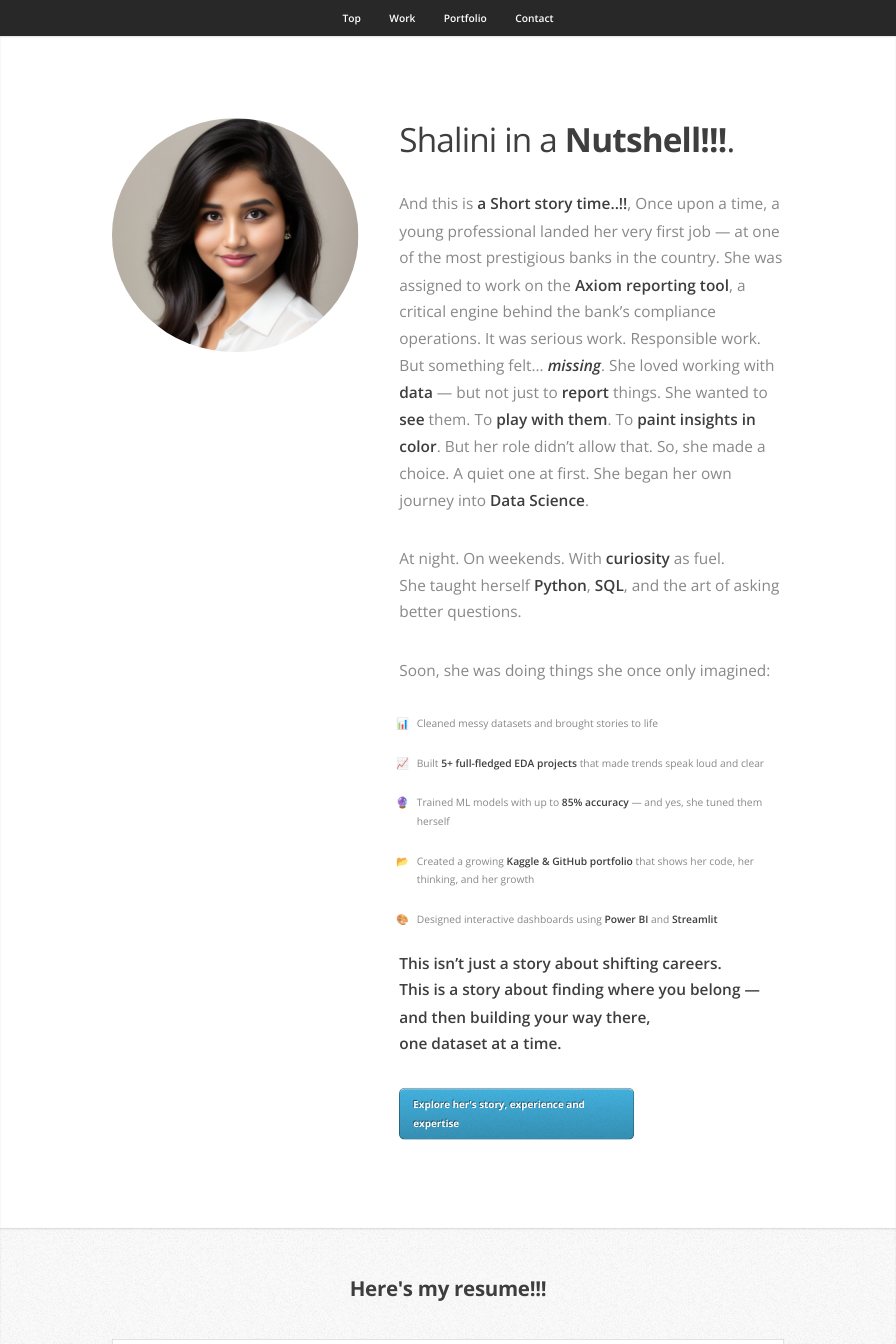
Repository: Shalini-Nanda-ds/Shalini-s-portfolio
Page: index.html
These files come from the project's save history. The page is drawn as it stood at one moment and after the next save; the edit follows.
The browser window is 1280 px wide. The pictures show the part of the page from y = 0 to 1920 px (the page is 4839 px tall before and 5175 px after), at 70% of full size.

Above is the page before, as saved 2025-05-09 12:57:22.

### index.html
<!DOCTYPE HTML>
<!--
	Miniport by HTML5 UP
	html5up.net | @ajlkn
	Free for personal and commercial use under the CCA 3.0 license (html5up.net/license)
-->
<html>
	<head>
		<title>Shalini's Portfolio</title>
		<meta charset="utf-8" />
		<meta name="viewport" content="width=device-width, initial-scale=1, user-scalable=no" />
		<link rel="stylesheet" href="assets/css/main.css" />
	</head>
	<body class="is-preload">

		<!-- Nav -->
			<nav id="nav">
				<ul class="container">
					<li><a href="#top">Top</a></li>
					<li><a href="#work">Work</a></li>
					<li><a href="#portfolio">Portfolio</a></li>
					<li><a href="#contact">Contact</a></li>
				</ul>
			</nav>

		<!-- Home -->
			<article id="top" class="wrapper style1">
				<div class="container">
					<div class="row">
						<div class="col-4 col-5-large col-12-medium">
							<span class="image fit"><img src="images\beautiful.png" alt="" /></span>
						</div>
						<div class="col-8 col-7-large col-12-medium">
							<header>
								<h1>Shalini in a <strong>Nutshell!!!</strong>.</h1>
							</header>
							<p>And this is <strong>a Short story time..!!</strong>,
								Once upon a time,
								a young professional landed her very first job — at one of the most prestigious banks in the country.

								She was assigned to work on the
								<span style="color:#1E88E5"><b>Axiom reporting tool</b></span>,
								a critical engine behind the bank’s compliance operations.
								It was serious work. Responsible work.
								But something felt... <i style="color:#E53935"><b>missing</b></i>.

								She loved working with <span style="color:#43A047"><b>data</b></span> —
								but not just to <span style="color:#FB8C00"><b>report</b></span> things.
								She wanted to <span style="color:#FDD835"><b>see</b></span> them.
								To <span style="color:#00ACC1"><b>play with them</b></span>.
								To <span style="color:#8E24AA"><b>paint insights in color</b></span>.

								But her role didn’t allow that.

								So, she made a choice.
								A quiet one at first.
								She began her own journey into
								<span style="color:#6D4C41"><b>Data Science</b></span>.

								<p>
									At night. On weekends. With <span style="color:#EF5350;"><b>curiosity</b></span> as fuel.<br>
									She taught herself <span style="color:#3949AB;"><b>Python</b></span>,
									<span style="color:#00897B;"><b>SQL</b></span>,
									and the art of asking better questions.
								  </p>

								  <p>Soon, she was doing things she once only imagined:</p>

								  <ul style="list-style-type: '📊 '; padding-left: 1.2em;">
									<li>Cleaned messy datasets and brought stories to life</li>
								  </ul>
								  <ul style="list-style-type: '📈 '; padding-left: 1.2em;">
									<li>Built <span style="color:#F4511E;"><b>5+ full-fledged EDA projects</b></span> that made trends speak loud and clear</li>
								  </ul>
								  <ul style="list-style-type: '🔮 '; padding-left: 1.2em;">
									<li>Trained ML models with up to <span style="color:#039BE5;"><b>85% accuracy</b></span> — and yes, she tuned them herself</li>
								  </ul>
								  <ul style="list-style-type: '📂 '; padding-left: 1.2em;">
									<li>Created a growing <span style="color:#5E35B1;"><b>Kaggle & GitHub portfolio</b></span> that shows her code, her thinking, and her growth</li>
								  </ul>
								  <ul style="list-style-type: '🎨 '; padding-left: 1.2em;">
									<li>Designed interactive dashboards using <span style="color:#43A047;"><b>Power BI</b></span> and <span style="color:#00ACC1;"><b>Streamlit</b></span></li>
								  </ul>

								  <p><b>
									This isn’t just a story about shifting careers.<br>
									This is a story about finding where you belong —<br>
									and then building your way there,<br>
									<span style="color:#FB8C00;"><b>one dataset at a time.</b></span>
								  </b></p>


								  <a href="#work" class="button scrolly" style="padding: 10px 20px; font-size: 14px;">
									Explore her's story, experience and expertise
								  </a>

						</div>
					</div>
				</div>
			</article>
<!-- Work -->
<article id="work" class="wrapper style2">
	<div class="container">
		<header>
			<h2>Here's my resume!!!</h2>
		</header>
		<div class="row aln-center">
			<div class="col-12">
			  <section class="box style1">
				<div class="resume-wrapper">
				  <a href="images\Shalini_Nanda.pdf" download>
					<img src="images\Shalini_Nanda_page-0001.jpg" alt="Resume Preview" class="resume-image">
				  </a>
				</div>
			  </section>
			</div>
		  </div>

		<div class="row aln-center">
			<div class="col-12">
				<footer class="align-center">
					<!-- Removed the "Download Resume" button -->
					<a href="#portfolio" class="button small scrolly">See some of my recent work</a>
				</footer>
			</div>
		</div>
	</div>
</article>




		<style>
			.resume-wrapper {
				width: 100%;
				max-width: 800px; /* Set your desired maximum width here */
				margin: 0 auto; /* Center the resume image horizontally */
				overflow: hidden;
				padding-bottom: 100%;
				position: relative;
			}

			.resume-image {
				position: absolute;
				top: 0;
				left: 0;
				width: 100%;
				height: 100%;
				object-fit: cover;
			}

			.align-center {
				text-align: center;
				margin-top: 2em;
			}

			.align-center .button {
				margin-top: 1em;
			}
		</style>



		<!-- Portfolio -->
		<article id="portfolio" class="wrapper style3">
			<div class="container">
				<header>
					<h2>Here’s some stuff I made recently.</h2>
					<!-- <p>Proin odio consequat sapien vestibulum consequat lorem dolore feugiat.</p> -->
				</header>
				<div class="row">
					<div class="col-4 col-6-medium col-12-small">
						<article class="box style2">
							<a href="https://github.com/Shalini-Nanda-ds/Movie-Recommendation-System" class="image featured" target="_blank"><img src="images\Movie_recommend.webp" alt="Movie Recommendation System" /></a>
							<h3><a href="https://github.com/Shalini-Nanda-ds/Movie-Recommendation-System" target="_blank">Movie Recommendation System</a></h3>
							<!-- <p>Ornare nulla proin odio consequat.</p> -->
						</article>
					</div>
					<div class="col-4 col-6-medium col-12-small">
						<article class="box style2">
							<a href="https://github.com/Shalini-Nanda-ds/Laptop-Price-Predictor" class="image featured" target="_blank"><img src="images/Laptop_price.webp" alt="Laptop Price Predictor" /></a>
							<h3><a href="https://github.com/Shalini-Nanda-ds/Laptop-Price-Predictor" target="_blank">Laptop Price Predictor</a></h3>
							<!-- <p>Ornare nulla proin odio consequat.</p> -->
							</article>
					</div>

					<div class="col-4 col-6-medium col-12-small">
						<article class="box style2">
							<a href="https://github.com/Shalini-Nanda-ds/Customer-Churn-Prediction" class="image featured" target="_blank"><img src="images\Customer_churn.webp" alt="Customer Churn Prediction" /></a>
							<h3><a href="https://github.com/Shalini-Nanda-ds/Customer-Churn-Prediction" target="_blank">Customer Churn Prediction</a></h3>
							<!-- <p>Ornare nulla proin odio consequat.</p> -->
							</article>
					</div>
					<div class="col-4 col-6-medium col-12-small">
						<article class="box style2">
							<a href="https://github.com/Shalini-Nanda-ds/Python-Portfolio" class="image featured" target="_blank"><img src="images/Python_preview.webp" alt="Python Portfolio" /></a>
							<h3><a href="https://github.com/Shalini-Nanda-ds/Python-Portfolio" target="_blank">Python Portfolio</a></h3>
							<!-- <p>Ornare nulla proin odio consequat.</p> -->
							</article>
					</div>
					<div class="col-4 col-6-medium col-12-small">
						<article class="box style2">
							<a href="https://github.com/Shalini-Nanda-ds/SQL-Portfolio" class="image featured" target="_blank"><img src="images\SQL_preview.webp" alt="SQL Portfolio" /></a>
							<h3><a href="https://github.com/Shalini-Nanda-ds/SQL-Portfolio" target="_blank">SQL Portfolio</a></h3>
							<!-- <p>Ornare nulla proin odio consequat.</p> -->
							</article>
					</div>
					<div class="col-4 col-6-medium col-12-small">
						<article class="box style2">
							<a href="https://github.com/Shalini-Nanda-ds/Student-s_Performance.git" class="image featured" target="_blank"><img src="images\Student_perform.webp" alt="Student Performance" /></a>
							<h3><a href="https://github.com/Shalini-Nanda-ds/Student-s_Performance.git" target="_blank">Student's Performance</a></h3>
							<!-- <p>Ornare nulla proin odio consequat.</p> -->
							</article>
					</div>
					<div class="col-4 col-6-medium col-12-small">
						<article class="box style2">
							<a href="https://github.com/Shalini-Nanda-ds/Ecommerce_dashboard.git" class="image featured" target="_blank"><img src="images\e_commerce_preview.webp" alt="Ecommerce dashboard" /></a>
							<h3><a href="https://github.com/Shalini-Nanda-ds/Ecommerce_dashboard.git" target="_blank">Ecommerce Dashboard 📈💰📊</a></h3>
							<!-- <p>Ornare nulla proin odio consequat.</p> -->
							</article>
					</div>
					<div class="col-4 col-6-medium col-12-small">
						<article class="box style2">
							<a href="https://github.com/Shalini-Nanda-ds/HR_Analytics_Dashboard.git" class="image featured" target="_blank"><img src="images\HR_report_preview.webp" alt="HR Analytics Report" /></a>
							<h3><a href="https://github.com/Shalini-Nanda-ds/HR_Analytics_Dashboard.git" target="_blank">HR Analytics Report 🧑🏻‍💻👩🏻📈</a></h3>
							<!-- <p>Ornare nulla proin odio consequat.</p> -->
							</article>
					</div>

				</div>
				<footer class="align-center">
					<!-- <p>Lorem ipsum dolor sit sapien vestibulum ipsum primis?</p> -->
					<a href="#contact" class="button large scrolly">Get in touch with me</a>
				</footer>
			</div>
		</article>


		<!-- Contact -->
		<article id="contact" class="wrapper style4">
			<div class="container medium">
				<div class="row">
					<div class="col-12">
						<hr />
						<h3>Find me on ...</h3>
						<ul class="social">
							<li><a href="https://www.linkedin.com/in/shnanda-ds/" target="_blank" class="icon brands fa-linkedin-in"><span class="label">LinkedIn</span></a></li>
							<li><a href="mailto:shnanda.datascientist07@gmail.com" target="_blank" class="icon solid fa-envelope"><span class="label">Email</span></a></li>
							<li><a href="https://github.com/Shalini-Nanda-ds" target="_blank" class="icon brands fa-github"><span class="label">Github</span></a></li>
							<li><a href="https://datataleswithshalini.blogspot.com" target="_blank" class="icon brands fa-blogger"><span class="label">Blogger</span></a></li>
							<li><a href="tel:+91 9123102656" target="_blank" class="icon solid fa-phone"><span class="label">Phone</span></a></li>
						</ul>
						<hr />
					</div>

				<!-- </div>
				<footer>
					<ul id="copyright">
						<li>&copy; Untitled. All rights reserved.</li>
						<li>Design: <a href="http://html5up.net">HTML5 UP</a></li>
					</ul>
				</footer>
			</div> -->
		</article>

						<!-- <div class="col-12">
							<hr />
							<h3>Find me on ...</h3>
							<ul class="social">
								<li><a href="#" class="icon brands fa-twitter"><span class="label">Twitter</span></a></li>
								<li><a href="#" class="icon brands fa-facebook-f"><span class="label">Facebook</span></a></li>
								<li><a href="#" class="icon brands fa-dribbble"><span class="label">Dribbble</span></a></li>
								<li><a href="#" class="icon brands fa-linkedin-in"><span class="label">LinkedIn</span></a></li>
								<li><a href="#" class="icon brands fa-tumblr"><span class="label">Tumblr</span></a></li>
								<li><a href="#" class="icon brands fa-google-plus"><span class="label">Google+</span></a></li>
								<li><a href="#" class="icon brands fa-github"><span class="label">Github</span></a></li>

								<li><a href="#" class="icon solid fa-rss"><span>RSS</span></a></li>
								<li><a href="#" class="icon brands fa-instagram"><span>Instagram</span></a></li>
								<li><a href="#" class="icon brands fa-foursquare"><span>Foursquare</span></a></li>
								<li><a href="#" class="icon brands fa-skype"><span>Skype</span></a></li>
								<li><a href="#" class="icon brands fa-soundcloud"><span>Soundcloud</span></a></li>
								<li><a href="#" class="icon brands fa-youtube"><span>YouTube</span></a></li>
								<li><a href="#" class="icon brands fa-blogger"><span>Blogger</span></a></li>
								<li><a href="#" class="icon brands fa-flickr"><span>Flickr</span></a></li>
								<li><a href="#" class="icon brands fa-vimeo"><span>Vimeo</span></a></li>
								-->
							<!-- </ul>
							<hr />
						</div>
					</div>
					<footer>
						<ul id="copyright">
							<li>&copy; Untitled. All rights reserved.</li><li>Design: <a href="http://html5up.net"></a></li>
						</ul>
					</footer>
				</div>
			</article>   -->

		<!-- Scripts -->
			<script src="assets/js/jquery.min.js"></script>
			<script src="assets/js/jquery.scrolly.min.js"></script>
			<script src="assets/js/browser.min.js"></script>
			<script src="assets/js/breakpoints.min.js"></script>
			<script src="assets/js/util.js"></script>
			<script src="assets/js/main.js"></script>

	</body>
</html>

Loaded but not shown: assets/css/fontawesome-all.min.css (library); assets/js/jquery.min.js (library); assets/js/jquery.scrolly.min.js (common file); assets/js/browser.min.js (common file); assets/js/breakpoints.min.js (common file); assets/js/util.js (587 lines, source omitted); assets/js/main.js (34 lines, source omitted); assets/css/main.css (2445 lines, source omitted)

After the next save:
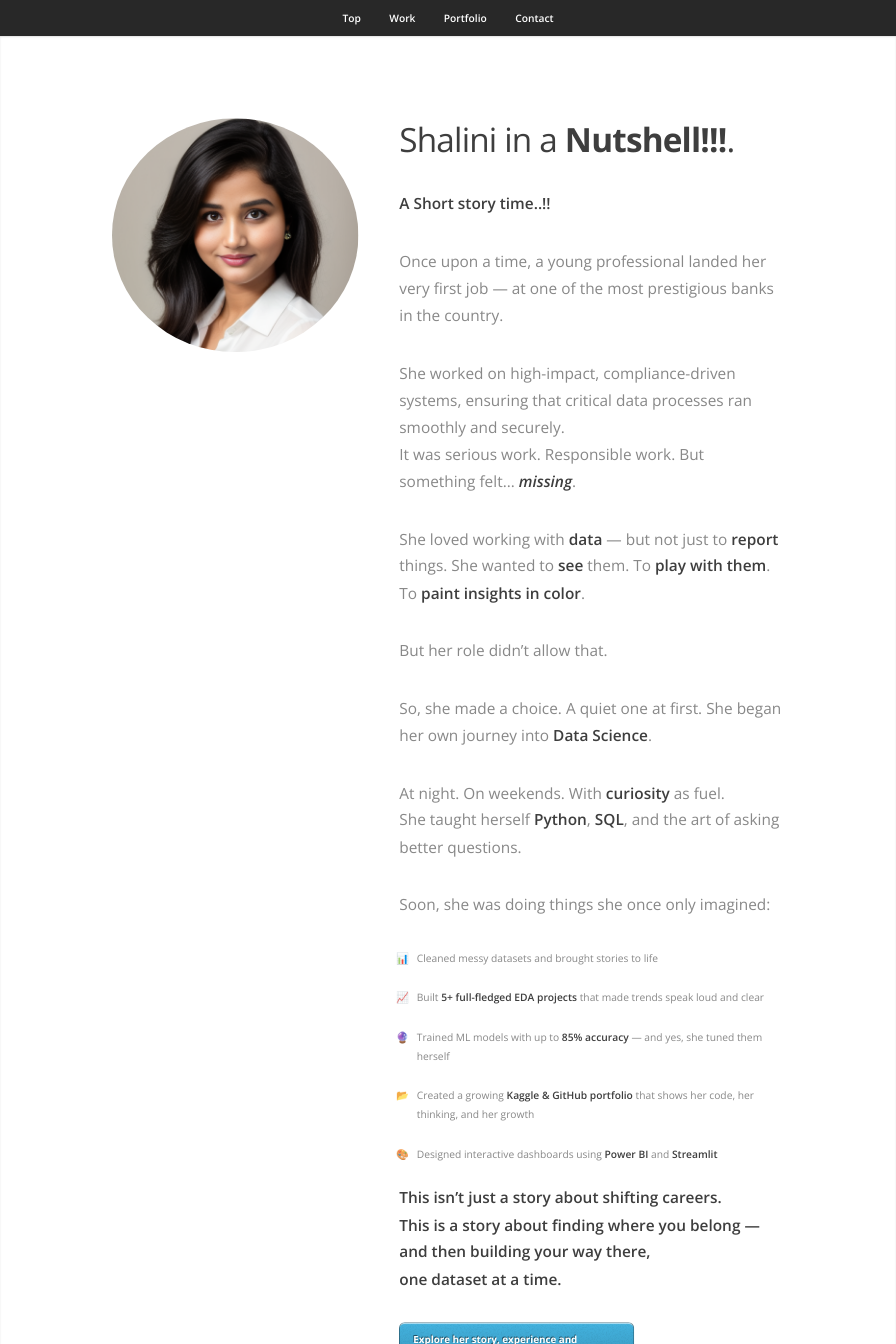
Saved 53 min 32 s later.
--- a/index.html
+++ b/index.html
@@ -34,65 +34,65 @@
 							<header>
 								<h1>Shalini in a <strong>Nutshell!!!</strong>.</h1>
 							</header>
-							<p>And this is <strong>a Short story time..!!</strong>,
-								Once upon a time,
-								a young professional landed her very first job — at one of the most prestigious banks in the country.
-
-								She was assigned to work on the
-								<span style="color:#1E88E5"><b>Axiom reporting tool</b></span>,
-								a critical engine behind the bank’s compliance operations.
-								It was serious work. Responsible work.
-								But something felt... <i style="color:#E53935"><b>missing</b></i>.
-
-								She loved working with <span style="color:#43A047"><b>data</b></span> —
-								but not just to <span style="color:#FB8C00"><b>report</b></span> things.
-								She wanted to <span style="color:#FDD835"><b>see</b></span> them.
-								To <span style="color:#00ACC1"><b>play with them</b></span>.
-								To <span style="color:#8E24AA"><b>paint insights in color</b></span>.
-
-								But her role didn’t allow that.
-
-								So, she made a choice.
-								A quiet one at first.
-								She began her own journey into
-								<span style="color:#6D4C41"><b>Data Science</b></span>.
-
-								<p>
-									At night. On weekends. With <span style="color:#EF5350;"><b>curiosity</b></span> as fuel.<br>
-									She taught herself <span style="color:#3949AB;"><b>Python</b></span>,
-									<span style="color:#00897B;"><b>SQL</b></span>,
-									and the art of asking better questions.
-								  </p>
-
-								  <p>Soon, she was doing things she once only imagined:</p>
-
-								  <ul style="list-style-type: '📊 '; padding-left: 1.2em;">
-									<li>Cleaned messy datasets and brought stories to life</li>
-								  </ul>
-								  <ul style="list-style-type: '📈 '; padding-left: 1.2em;">
-									<li>Built <span style="color:#F4511E;"><b>5+ full-fledged EDA projects</b></span> that made trends speak loud and clear</li>
-								  </ul>
-								  <ul style="list-style-type: '🔮 '; padding-left: 1.2em;">
-									<li>Trained ML models with up to <span style="color:#039BE5;"><b>85% accuracy</b></span> — and yes, she tuned them herself</li>
-								  </ul>
-								  <ul style="list-style-type: '📂 '; padding-left: 1.2em;">
-									<li>Created a growing <span style="color:#5E35B1;"><b>Kaggle & GitHub portfolio</b></span> that shows her code, her thinking, and her growth</li>
-								  </ul>
-								  <ul style="list-style-type: '🎨 '; padding-left: 1.2em;">
-									<li>Designed interactive dashboards using <span style="color:#43A047;"><b>Power BI</b></span> and <span style="color:#00ACC1;"><b>Streamlit</b></span></li>
-								  </ul>
-
-								  <p><b>
-									This isn’t just a story about shifting careers.<br>
-									This is a story about finding where you belong —<br>
-									and then building your way there,<br>
-									<span style="color:#FB8C00;"><b>one dataset at a time.</b></span>
-								  </b></p>
-
-
-								  <a href="#work" class="button scrolly" style="padding: 10px 20px; font-size: 14px;">
-									Explore her's story, experience and expertise
-								  </a>
+							<p><strong>A Short story time..!!</strong></p>
+
+							<p>Once upon a time,
+							a young professional landed her very first job — at one of the most prestigious banks in the country.</p>
+
+							<p>She worked on high-impact, compliance-driven systems,
+							ensuring that critical data processes ran smoothly and securely.<br>
+							It was serious work. Responsible work.
+							But something felt... <i style="color:#E53935"><b>missing</b></i>.</p>
+
+							<p>She loved working with <span style="color:#43A047"><b>data</b></span> —
+							but not just to <span style="color:#FB8C00"><b>report</b></span> things.
+							She wanted to <span style="color:#FDD835"><b>see</b></span> them.
+							To <span style="color:#00ACC1"><b>play with them</b></span>.
+							To <span style="color:#8E24AA"><b>paint insights in color</b></span>.</p>
+
+							<p>But her role didn’t allow that.</p>
+
+							<p>So, she made a choice.
+							A quiet one at first.
+							She began her own journey into
+							<span style="color:#6D4C41"><b>Data Science</b></span>.</p>
+
+							<p>
+							At night. On weekends. With <span style="color:#EF5350;"><b>curiosity</b></span> as fuel.<br>
+							She taught herself <span style="color:#3949AB;"><b>Python</b></span>,
+							<span style="color:#00897B;"><b>SQL</b></span>,
+							and the art of asking better questions.
+							</p>
+
+							<p>Soon, she was doing things she once only imagined:</p>
+
+							<ul style="list-style-type: '📊 '; padding-left: 1.2em;">
+								<li>Cleaned messy datasets and brought stories to life</li>
+							</ul>
+							<ul style="list-style-type: '📈 '; padding-left: 1.2em;">
+								<li>Built <span style="color:#F4511E;"><b>5+ full-fledged EDA projects</b></span> that made trends speak loud and clear</li>
+							</ul>
+							<ul style="list-style-type: '🔮 '; padding-left: 1.2em;">
+								<li>Trained ML models with up to <span style="color:#039BE5;"><b>85% accuracy</b></span> — and yes, she tuned them herself</li>
+							</ul>
+							<ul style="list-style-type: '📂 '; padding-left: 1.2em;">
+								<li>Created a growing <span style="color:#5E35B1;"><b>Kaggle & GitHub portfolio</b></span> that shows her code, her thinking, and her growth</li>
+							</ul>
+							<ul style="list-style-type: '🎨 '; padding-left: 1.2em;">
+								<li>Designed interactive dashboards using <span style="color:#43A047;"><b>Power BI</b></span> and <span style="color:#00ACC1;"><b>Streamlit</b></span></li>
+							</ul>
+
+							<p><b>
+							This isn’t just a story about shifting careers.<br>
+							This is a story about finding where you belong —<br>
+							and then building your way there,<br>
+							<span style="color:#FB8C00;"><b>one dataset at a time.</b></span>
+							</b></p>
+
+							<a href="#work" class="button scrolly" style="padding: 10px 20px; font-size: 14px;">
+							Explore her story, experience and expertise
+							</a>
+
 
 						</div>
 					</div>
